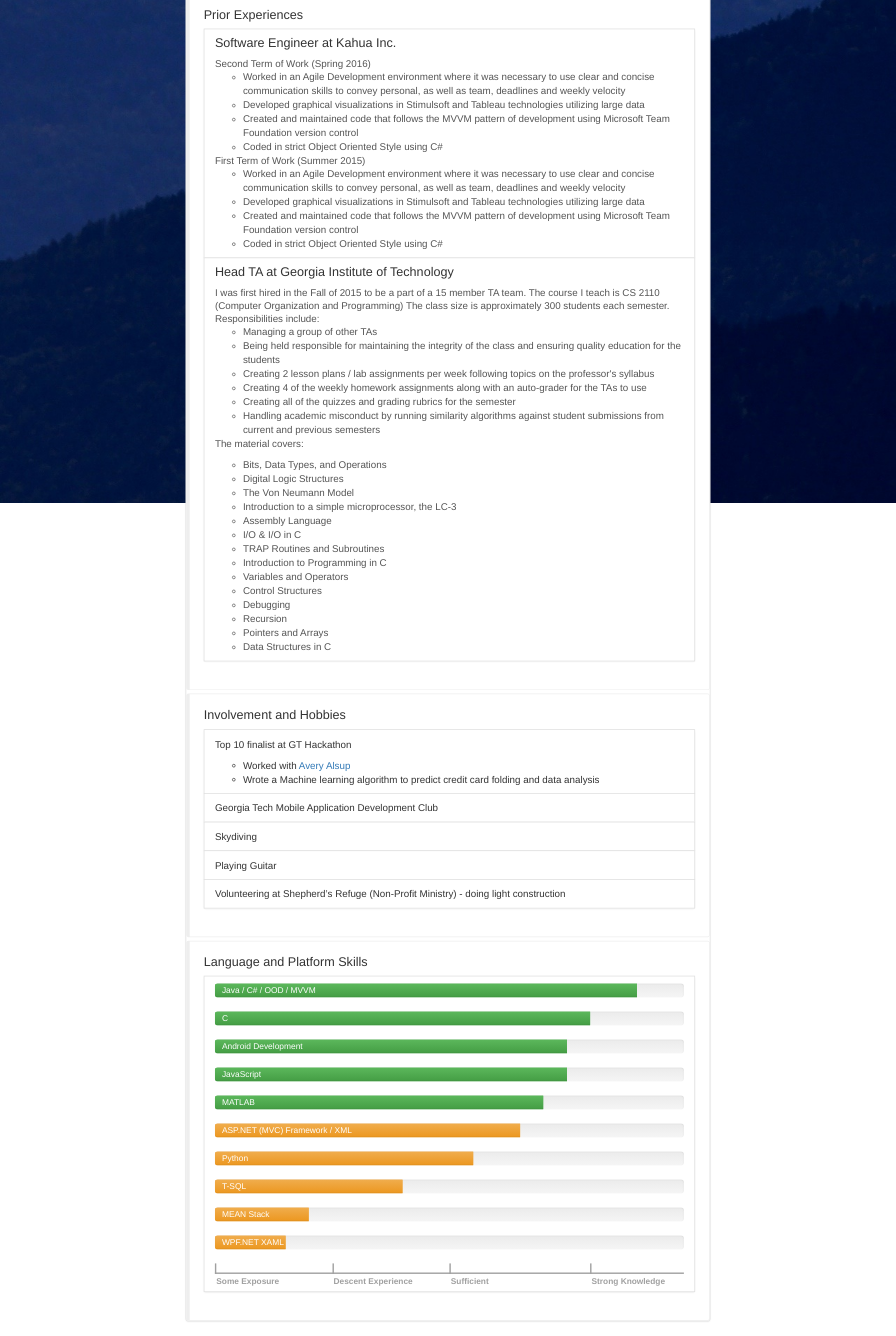
Repository: austinHerring/PersonalWebsite
Page: PersonalWebsite/WebContent/about.html
The author's editor kept a copy of each file at every save. The page is drawn from the files as they stood at one save, then again after the next save.
The browser window is 1280 px wide. The pictures show the part of the page from y = 937 to 2857 px (the page is 2845 px tall before and 2857 px after), at 70% of full size.
Some web libraries are served in a nearby version.

Above is the page before, as saved 2016-06-13 02:24:51.

### PersonalWebsite/WebContent/about.html
<html>
<head>
	<meta charset="utf-8"/>
	<title>About - Austin</title>
	<link rel="stylesheet" href="css/bootstrap.min.css">
	<link rel="stylesheet" href="css/bootstrap-theme.min.css">
	<link rel="stylesheet" href="css/about.css">
	<link rel="stylesheet" href="css/general.css">
</head>
<body>
	<div class="container" id="page-wrap">
		<div class="resume">
	    <header class="page-header">
		    <table class="table-header">
		    	<tr>
		    		<td>
			    		<a class="button button1" href="index.html" role="button">Home</a>
		    		</td>
		    		<td style="text-align: center;">
			    		<h1 class="page-title">About Austin Herring</h1>
			    		<small> <i class="fa fa-clock-o"></i> Last Updated on: <time>Sunday, June 12, 2016</time></small>
		    		</td>
		    		<td>
						<a class="button button1" href="projects.html" role="button">Projects</a>
		    		</td>
		    	</tr>
		    </table>
		</header>
		<div class="row">
		  <div class="col-xs-12 col-sm-12 col-md-offset-1 col-md-10 col-lg-offset-2 col-lg-8">
		    <div class="panel panel-default">
		      <div class="panel-heading resume-heading">
		        <div class="row">
		          <div class="col-lg-12">
		            <div class="col-xs-12 col-sm-4">
		              <figure>
		                <img class="img-circle img-responsive" alt="Picture of Austin" src="images/austinEurope1.png">
		              </figure>
		                <div class="col-xs-12 social-btns">
		                    <div class="col-xs-3 col-md-1 col-lg-6 social-btn-holder">
		                      <a href="https://www.linkedin.com/in/austin-herring-810350a3?trk=nav_responsive_tab_profile" class="btn btn-social btn-block btn-linkedin">
		                        <i class="fa fa-linkedin"></i> </a>
		                    </div>
		                    <div class="col-xs-3 col-md-1 col-lg-6 social-btn-holder">
		                      <a href="https://github.com/austinHerring" class="btn btn-social btn-block btn-github">
		                        <i class="fa fa-github"></i> </a>
		                    </div>
		                </div>
		            </div>

		            <div class="col-xs-12 col-sm-8">
		              <ul class="list-group">
		                <li class="list-group-item">Austin Herring</li>
		                <li class="list-group-item">Under Graduate Student of Computer Science</li>
		                <li class="list-group-item">Georgia Institute of Technology</li>
		                <li class="list-group-item"><i class="fa fa-phone"></i> 404-368-9110 </li>
		                <li class="list-group-item"><i class="fa fa-envelope"></i> austinherring95@gmail.com</li>
		                <li class="list-group-item">337353 Georgia Tech Station Atlanta, GA 30332</li>
		                <li class="list-group-item">U.S. Citizen</li>
		              </ul>
		            </div>
		          </div>
		        </div>
		      </div>
		      <div class="bs-callout">
		        <h4>Summary</h4>
		        <p>
		        	Some stuff about me
		        </p>
		        <p>
		         	More stuff about me
		        </p>
		      </div>
		      <div class="bs-callout">
		        <h4>Education</h4>
		        <table class="table table-striped table-responsive ">
		          <thead>
		            <tr><th>Degree</th>
		            <th>Graduation</th>
		            <th>GPA</th>
		          </tr></thead>
		          <tbody>
		            <tr>
		              <td>Candidate for B.S. in Computer Science (Intelligence / Systems and Architecture)</td>
		              <td>December 2017</td>
		              <td>3.82</td>
		            </tr>
		          </tbody>
		        </table>
		      </div>
		      <div class="bs-callout">
		        <h4>Research Interests</h4>
		        <p>
		          Software Engineering, Machine Learning, Artificial Neural Networks, Password Security
		        </p>
		      </div>

		      <div class="bs-callout">
		        <h4>Prior Experiences</h4>
		        <ul class="list-group">
		          <a class="list-group-item active-link" href="https://www.kahua.com/">
		            <h4 class="list-group-item-heading">
		              Software Engineer at Kahua Inc.
		            </h4>
		            <p class="list-group-item-text">
			             Second Term of Work (Spring 2016)
		             </p>
		             <ul>
		                <li>
		                     Worked in an Agile Development environment where it was necessary to use clear and concise communication skills to convey personal, as well as team, deadlines and weekly velocity
		                </li>
		                <li>
				             Developed graphical visualizations in Stimulsoft and Tableau technologies utilizing large data
		                </li>
		                <li>
				             Created and maintained code that follows the MVVM pattern of development using Microsoft Team Foundation version control
		                </li>
		                <li>
				             Coded in strict Object Oriented Style using C#
		                </li>
	                </ul>
	                <p class="list-group-item-text">
			             First Term of Work (Summer 2015)
		             </p>
		             <ul>
		                <li>
		                     Worked in an Agile Development environment where it was necessary to use clear and concise communication skills to convey personal, as well as team, deadlines and weekly velocity
		                </li>
		                <li>
				             Developed graphical visualizations in Stimulsoft and Tableau technologies utilizing large data
		                </li>
		                <li>
				             Created and maintained code that follows the MVVM pattern of development using Microsoft Team Foundation version control
		                </li>
		                <li>
				             Coded in strict Object Oriented Style using C#
		                </li>
	                </ul>
		          </a>
		          <a class="list-group-item inactive-link" href="#">
		            <h4 class="list-group-item-heading">Head TA at Georgia Institute of Technology</h4>
		            <p class="list-group-item-text">
			             	I was first hired in the Fall of 2015 to be a part of a 15 member TA team. The course I teach is CS 2110 (Computer Organization and Programming)
			             The class size is approximately 300 students each semester.<br/>
			             Responsibilities include:
		             </p>
		             <ul>
		                <li>
		                     Managing a group of other TAs
		                </li>
		                <li>
				             Being held responsible for maintaining the integrity of the class and ensuring quality education for the students
		                </li>
		                <li>
				             Creating 2 lesson plans / lab assignments per week following topics on the professor's syllabus
		                </li>
		                <li>
				             Creating 4 of the weekly homework assignments along with an auto-grader for the TAs to use
		                </li>
		                <li>
				             Creating all of the quizzes and grading rubrics for the semester
		                </li>
		                <li>
				             Handling academic misconduct by running similarity algorithms against student submissions from current and previous semesters
		                </li>
	                </ul>
	                <p>The material covers:</p>
	                <ul>
	                	<li>
	                		Bits, Data Types, and Operations
	                	</li>
	                	<li>
	                		Digital Logic Structures
	                	</li>
	                	<li>
	                		The Von Neumann Model
	                	</li>
	                	<li>
	                		Introduction to a simple microprocessor, the LC-3
	                	</li>
	                	<li>
	                		Assembly Language
	                	</li>
	                	<li>
	                		I/O & I/O in C
	                	</li>
	                	<li>
	                		TRAP Routines and Subroutines
	                	</li>
	                	<li>
	                		Introduction to Programming in C
	                	</li>
	                	<li>
	                		Variables and Operators
	                	</li>
	                	<li>
	                		Control Structures
	                	</li>
	                	<li>
	                		Debugging
	                	</li>
	                	<li>
	                		Recursion
	                	</li>
	                	<li>
	                		Pointers and Arrays
	                	</li>
	                	<li>
	                		Data Structures in C
	                	</li>
	                </ul>
		          </a>
		        </ul>
		      </div>
		      <div class="bs-callout">
		        <h4>Involvement and Hobbies</h4>
		        <ul class="list-group">
		          <li class="list-group-item">
		          	<p>Top 10 finalist at GT Hackathon</p>
		          	<ul>
		          		<li>Worked with <a href="https://www.linkedin.com/in/terrence-alsup-8bb8508a?authType=name&authToken=7kiY&trk=contacts-contacts-list-contact_name-0">Avery Alsup</a></li>
		          		<li>Wrote a Machine learning algorithm to predict credit card folding and data analysis</li>
		          	</ul>
		          </li>
		          <li class="list-group-item"> Georgia Tech Mobile Application Development Club</li>
		          <li class="list-group-item"> Skydiving</li>
		          <li class="list-group-item"> Playing Guitar</li>
		          <li class="list-group-item"> Volunteering at Shepherd’s Refuge (Non-Profit Ministry) - doing light construction</li>
		        </ul>
		      </div>
		      <div class="bs-callout">
		        <h4>Language and Platform Skills</h4>
		        <ul class="list-group">
		          <a class="list-group-item inactive-link" href="#">
		            <div class="progress">
		              <div data-placement="top" style="width: 90%;"
		              aria-valuemax="100" aria-valuemin="0" aria-valuenow="80" role="progressbar" class="progress-bar progress-bar-success">
		                <span class="sr-only">80%</span>
		                <span class="progress-type">Java / C# / OOD / MVVM</span>
		              </div>
		            </div>
		            <div class="progress">
		              <div data-placement="top" style="width: 80%;" aria-valuemax="100" aria-valuemin="0" aria-valuenow="60" role="progressbar" class="progress-bar progress-bar-success">
		                <span class="sr-only">60%</span>
		                <span class="progress-type">C</span>
		              </div>
		            </div>
		            <div class="progress">
		              <div data-placement="top" style="width: 75%;" aria-valuemax="100" aria-valuemin="0" aria-valuenow="60" role="progressbar" class="progress-bar progress-bar-success">
		                <span class="sr-only">60%</span>
		                <span class="progress-type">Android Development</span>
		              </div>
		            </div>
		            <div class="progress">
		              <div data-placement="top" style="width: 75%;" aria-valuemax="100" aria-valuemin="0" aria-valuenow="1" role="progressbar" class="progress-bar progress-bar-success">
		                <span class="sr-only">70%</span>
		                <span class="progress-type">JavaScript</span>
		              </div>
		            </div>
		            <div class="progress">
		              <div data-placement="top" style="width: 70%;" aria-valuemax="100" aria-valuemin="0" aria-valuenow="60" role="progressbar" class="progress-bar progress-bar-success">
		                <span class="sr-only">60%</span>
		                <span class="progress-type">MATLAB</span>
		              </div>
		            </div>
		            <div class="progress">
		              <div data-placement="top" style="width: 65%;" aria-valuemax="100" aria-valuemin="0" aria-valuenow="50" role="progressbar" class="progress-bar progress-bar-warning">
		                <span class="sr-only">50%</span>
		                <span class="progress-type">ASP.NET (MVC) Framework / XML</span>
		              </div>
		            </div>
		            <div class="progress">
		              <div data-placement="top" style="width: 55%;" aria-valuemax="100" aria-valuemin="0" aria-valuenow="1" role="progressbar" class="progress-bar progress-bar-warning">
		                <span class="sr-only">65%</span>
		                <span class="progress-type">Python</span>
		              </div>
		            </div>
		            <div class="progress">
		              <div data-placement="top" style="width: 40%;" aria-valuemax="100" aria-valuemin="0" aria-valuenow="1" role="progressbar" class="progress-bar progress-bar-warning">
		                <span class="sr-only">70%</span>
		                <span class="progress-type">T-SQL</span>
		              </div>
		            </div>
		            <div class="progress">
		              <div data-placement="top" style="width: 20%;" aria-valuemax="100" aria-valuemin="0" aria-valuenow="1" role="progressbar" class="progress-bar progress-bar-warning">
		                <span class="sr-only">70%</span>
		                <span class="progress-type">MEAN Stack </span>
		              </div>
		            </div>
		            <div class="progress">
		              <div data-placement="top" style="width: 15%;" aria-valuemax="100" aria-valuemin="0" aria-valuenow="50" role="progressbar" class="progress-bar progress-bar-warning">
		                <span class="sr-only">10%</span>
		                <span class="progress-type">WPF.NET XAML</span>
		              </div>
		            </div>

		            <div class="progress-meter">
		              <div style="width: 25%;" class="meter meter-left"><span class="meter-text">Some Exposure</span></div>
		              <div style="width: 25%;" class="meter meter-left"><span class="meter-text">Descent Experience</span></div>
		              <div style="width: 30%;" class="meter meter-left"><span class="meter-text">Sufficient</span></div>
		              <div style="width: 20%;" class="meter meter-left"><span class="meter-text">Strong Knowledge</span></div>
		            </div>
		          </a>
		        </ul>
		      </div>
		    </div>

		  </div>
		</div>

		</div>
	</div>

	<div id="bg">
		<img src="images/background.jpg" alt="">
	</div>

	<script src="js/jquery.min.js"></script>
	<script src="js/bootstrap.min.js"></script>
</body>
</html>

### PersonalWebsite/WebContent/css/about.css
/* uses font awesome for social icons */
@import url(http://maxcdn.bootstrapcdn.com/font-awesome/4.2.0/css/font-awesome.min.css);

/*social buttons*/
.btn-social{
  color: white;
  opacity:0.9;
}
.btn-social:hover {
  color: white;
    opacity:1;
}
.btn-facebook {
background-color: #3b5998;
opacity:0.9;
}
.btn-twitter {
background-color: #00aced;
opacity:0.9;
}
.btn-linkedin {
background-color:#0e76a8;
opacity:0.9;
}
.btn-github{
  background-color:#000000;
  opacity:0.9;
}
.btn-google {
  background-color: #c32f10;
  opacity: 0.9;
}
.btn-stackoverflow{
  background-color: #D38B28;
  opacity: 0.9;
}

/* resume stuff */

.bs-callout {
    -moz-border-bottom-colors: none;
    -moz-border-left-colors: none;
    -moz-border-right-colors: none;
    -moz-border-top-colors: none;
    border-color: #eee;
    border-image: none;
    border-radius: 3px;
    border-style: solid;
    border-width: 1px 1px 1px 5px;
    margin-bottom: 5px;
    padding: 20px;
}
.bs-callout:last-child {
    margin-bottom: 0px;
}
.bs-callout h4 {
    margin-bottom: 10px;
    margin-top: 0;
}

.bs-callout-danger {
    border-left-color: #d9534f;
}

.bs-callout-danger h4{
    color: #d9534f;
}

.resume .list-group-item:first-child, .resume .list-group-item:last-child{
  border-radius:0;
}

/*makes an anchor inactive(not clickable)*/
.inactive-link {
   pointer-events: none;
   cursor: default;
}

.resume-heading .social-btns{
  margin-top:15px;
}
.resume-heading .social-btns i.fa{
  margin-left:-5px;
}



@media (max-width: 992px) {
  .resume-heading .social-btn-holder{
    padding:5px;
  }
}

/* skill meter in resume. copy pasted from http://bootsnipp.com/snippets/featured/progress-bar-meter */

.progress-bar {
    text-align: left;
	white-space: nowrap;
	white-space: nowrap;
	overflow: hidden;
	text-overflow: ellipsis;
	cursor: pointer;
}

.progress-bar > .progress-type {
	padding-left: 10px;
}

.progress-meter {
	min-height: 15px;
	border-bottom: 2px solid rgb(160, 160, 160);
  margin-bottom: 15px;
}

.progress-meter > .meter {
	position: relative;
	float: left;
	min-height: 15px;
	border-width: 0px;
	border-style: solid;
	border-color: rgb(160, 160, 160);
}

.progress-meter > .meter-left {
	border-left-width: 2px;
}

.progress-meter > .meter-right {
	float: right;
	border-right-width: 2px;
}

.progress-meter > .meter-right:last-child {
	border-left-width: 2px;
}

.progress-meter > .meter > .meter-text {
	position: absolute;
	display: inline-block;
	bottom: -20px;
	width: 100%;
	font-weight: 700;
	font-size: 0.85em;
	color: rgb(160, 160, 160);
	text-align: left;
}

.progress-meter > .meter.meter-right > .meter-text {
	text-align: right;
}

### PersonalWebsite/WebContent/css/general.css
@CHARSET "UTF-8";
.button {
    background-color: #3fbfad;
    border: none;
    color: white;
    padding: 8px 8px;
    text-align: center;
    text-decoration: none;
    display: inline-block;
    font-size: 16px;
    margin: 4px 2px;
    -webkit-transition-duration: 0.4s; /* Safari */
    transition-duration: 0.4s;
    cursor: pointer;
    border-radius: 8px;
}

.button1 {
    background-color: #3fbfad;
    color: white;
    border: 3px solid #3fbfad;
}

.button1:hover {
    background:rgba(0,0,0,0);
    color: white;
    text-decoration: none;
    border: 3px solid white;
}

.page-header{
  text-align: center;
  color: white;
}

.table-header{
  text-align: center;
  color: white;
  width:100%;
}

#bg {
	position:fixed;
	top:-50%;
	left:-50%;
	width:100%;
	height:80%;
}

#bg img {
	position:absolute;
	top:0;
	left:0;
	right:0;
	bottom:0;
	margin:auto;
	min-width:50%;
	min-height:50%;
}

#page-wrap { position: relative; z-index: 2}

Loaded but not shown: PersonalWebsite/WebContent/css/bootstrap.min.css (library); PersonalWebsite/WebContent/css/bootstrap-theme.min.css (library); PersonalWebsite/WebContent/js/jquery.min.js (library); PersonalWebsite/WebContent/js/bootstrap.min.js (library)

After the next save:
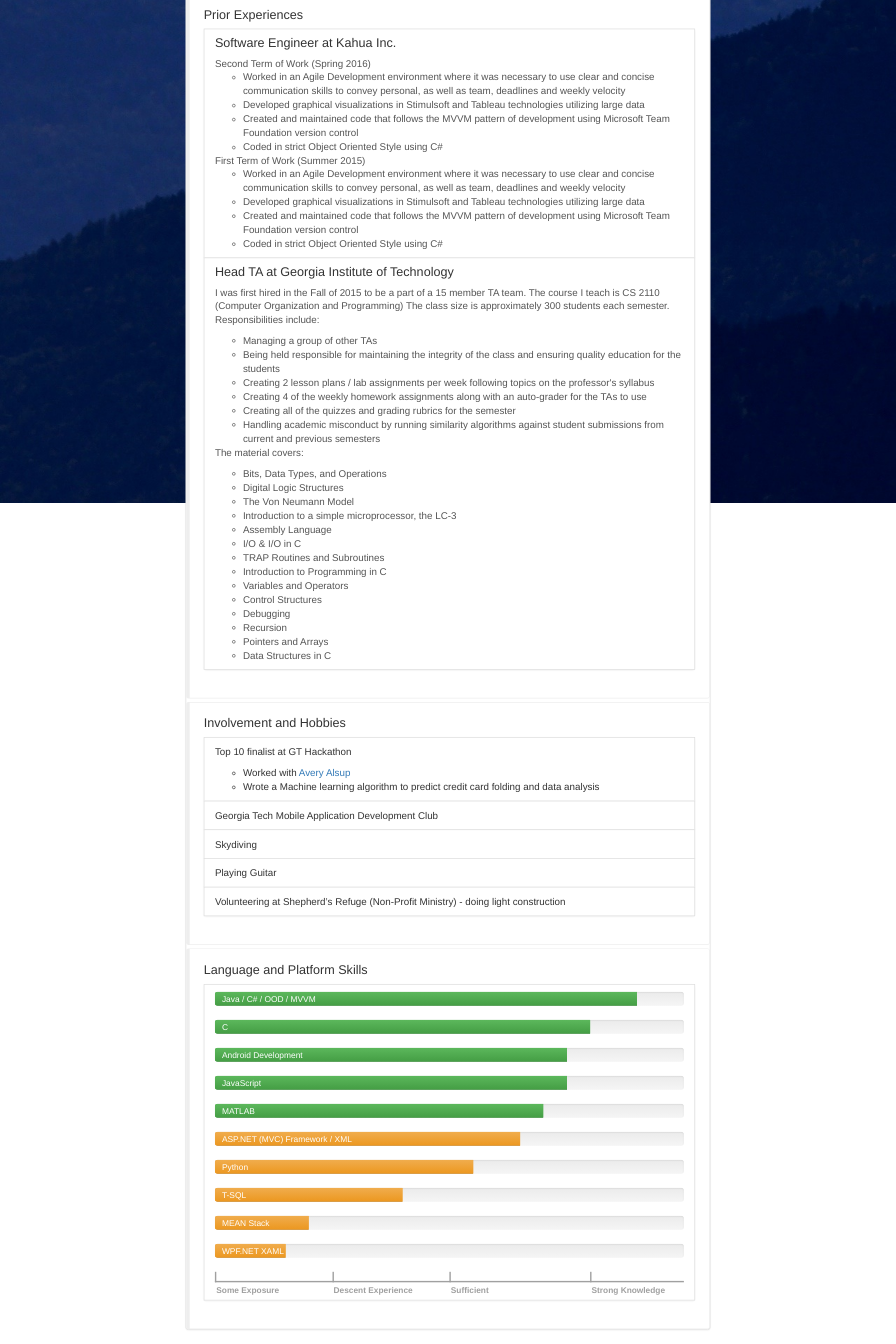
Saved 53 s later.
--- a/PersonalWebsite/WebContent/about.html
+++ b/PersonalWebsite/WebContent/about.html
@@ -141,9 +141,9 @@
 		            <h4 class="list-group-item-heading">Head TA at Georgia Institute of Technology</h4>
 		            <p class="list-group-item-text">
 			             	I was first hired in the Fall of 2015 to be a part of a 15 member TA team. The course I teach is CS 2110 (Computer Organization and Programming)
-			             The class size is approximately 300 students each semester.<br/>
-			             Responsibilities include:
+			             The class size is approximately 300 students each semester.
 		             </p>
+		             <p>Responsibilities include:</p>
 		             <ul>
 		                <li>
 		                     Managing a group of other TAs
